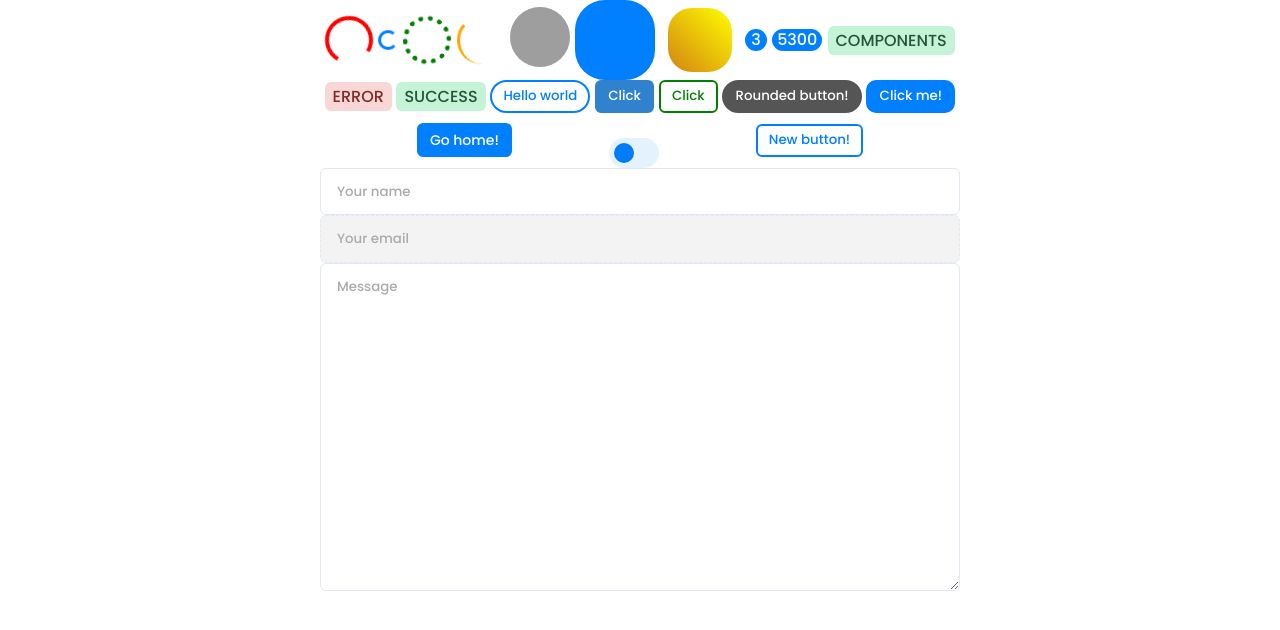
Repository: langf00rd/milky-ui
Page: / (app in example/)
An editor plug-in stored every save of this project. The page is shown before and after the next save, followed by the edit.
The browser window is 1280 px wide. The pictures show the whole page.
Pictures or frames that could not be fetched are drawn as grey boxes. The project was rebuilt for these pictures with package versions that can differ from the ones it lists, and the page was loaded fresh each time.

Above is the page before, as saved 2022-08-12 13:49:42.

### example/public/index.html
<!DOCTYPE html>
<html lang="en">
  <head>
    <meta charset="utf-8" />
    <link rel="shortcut icon" href="%PUBLIC_URL%/favicon.ico" />
    <meta
      name="viewport"
      content="width=device-width, initial-scale=1, shrink-to-fit=no"
    />
    <meta name="theme-color" content="#000000" />

    <!--
      manifest.json provides metadata used when your web app is added to the
      homescreen on Android. See https://developers.google.com/web/fundamentals/engage-and-retain/web-app-manifest/
    -->
    <link rel="manifest" href="%PUBLIC_URL%/manifest.json" />

    <!--
      Notice the use of %PUBLIC_URL% in the tags above.
      It will be replaced with the URL of the `public` folder during the build.
      Only files inside the `public` folder can be referenced from the HTML.

      Unlike "/favicon.ico" or "favicon.ico", "%PUBLIC_URL%/favicon.ico" will
      work correctly both with client-side routing and a non-root public URL.
      Learn how to configure a non-root public URL by running `npm run build`.
    -->
    <title>milky-ui</title>
  </head>

  <body>
    <noscript>
      You need to enable JavaScript to run this app.
    </noscript>

    <div id="root"></div>

    <!--
      This HTML file is a template.
      If you open it directly in the browser, you will see an empty page.

      You can add webfonts, meta tags, or analytics to this file.
      The build step will place the bundled scripts into the <body> tag.

      To begin the development, run `npm start` or `yarn start`.
      To create a production bundle, use `npm run build` or `yarn build`.
    -->
  </body>
</html>

### example/src/index.css
@import url('https://fonts.googleapis.com/css2?family=Poppins:wght@300;400;500;600&display=swap');

body {
  margin: 0;
  padding: 0;
  font-family: -apple-system, BlinkMacSystemFont, 'Segoe UI', 'Roboto', 'Oxygen',
    'Ubuntu', 'Cantarell', 'Fira Sans', 'Droid Sans', 'Helvetica Neue',
    sans-serif;
  -webkit-font-smoothing: antialiased;
  -moz-osx-font-smoothing: grayscale;
}

* {
  font-family: 'Poppins', sans-serif;
  font-weight: 500;
}

code {
  font-family: source-code-pro, Menlo, Monaco, Consolas, 'Courier New',
    monospace;
}

main {
  display: flex;
  align-items: center;
  flex-wrap: wrap;
  justify-content: space-evenly;
  /*height: 20vh;*/
  width: 50vw;
  margin: auto;
  /*margin-top: 100px;*/
}

input {
  /*margin: 20px;*/
}

### example/src/App.js
import React from "react";
import { useState } from "react";
import { Avatar, Label,Spinner, Meta, Badge, Switch, Button, Input, OutlineButton } from "milky-ui";

const App = () => {
  const [isSwitched, setIsSwitched] = useState(false);

  const buttonClick=()=>{
    alert("Yay! button clicked")
  }

  return (
    <main>
      <Meta
        title="Milky UI Components"
        description="Random description"
        twitterDescription="Twitter description"
        image="https://blog.urbanpiper.com/content/images/2021/06/logo-react.png"
      />
      <Spinner speed={'.5s'} thickness={'4px'} color={'red'} />
      <Spinner thickness={'3px'} size={'20px'} />
      <Spinner color={'green'} variant={1} />
      <Spinner color={'orange'} variant={2} />
      <Avatar src="https://blog.urbanpiper.com/content/images/2021/06/logo-react.png" />
      <Avatar isEmpty={true} radius="30px" bg="#007fff" size="80px" />
      <Avatar isEmpty={true} custom={"transform: scale(.8)"} radius="30px" bg="linear-gradient(45deg, #D38312, yellow)"
              size="80px" />
      <Badge label="3" />
      <Badge label="5300" />
      <Label color='red' text='COMPONENTS' type='success' />
      <Label type='error' text='ERROR' />
      <Label type='success' text='SUCCESS' />
      <OutlineButton label={"Hello world"} radius={"1000px"} hoverColor={"red"} />
      <Button bg='#3182ce' label='Click'/>
      <OutlineButton color='green' label='Click'/>
      <Button hoverBg={"green"} radius="9999px" label="Rounded button!" bg={"#555"} />
      <Button radius={"10px"} action={buttonClick} label="Click me!" />
      <Button to={"/home"} label={"Go home!"} />
      <Switch onChange={() => {
        setIsSwitched(!isSwitched);
      }} value={isSwitched} />
      <OutlineButton action={buttonClick} label="New button!" />
      <Input placeholder="Your name" />
      <Input borderStyle='dashed' disabled placeholder="Your email" />
      <Input isMultiline={true} height="300px" resize="vertical" placeholder="Message" />
    </main>
  );
};

export default App;

### src/index.js
export { OutlineButton } from './components/buttons/OutlineButton'
export { Button } from './components/buttons/Button'
export { Input } from './components/inputs/Input'
export { Spinner } from './components/Spinner'
export { Switch } from './components/Switch'
export { Avatar } from './components/Avatar'
export { Badge } from './components/Badge'
export { Label } from './components/Label'
export { Meta } from './components/Meta'

### src/components/buttons/OutlineButton/index.js
import React from 'react'
import { StyledOutlinedButton } from './styles'

export const OutlineButton = ({
  height = '',
  width = '',
  radius = '',
  color = '',
  hoverColor = '',
  label = '',
  action = () => {},
  custom
}) => {
  return (
    <StyledOutlinedButton
      height={height}
      width={width}
      hoverColor={hoverColor}
      radius={radius}
      color={color}
      onClick={action}
      custom={custom}
    >
      {label}
    </StyledOutlinedButton>
  )
}

### src/components/buttons/Button/index.js
import React from 'react'
import { StyledMButton, StyledMLinkButton } from './styles'

const LinkButton = ({ props }) => {
  const {
    bg,
    to,
    radius,
    label,
    height,
    width,
    borderColor,
    textColor,
    hoverTextColor,
    hoverBg,
    action,
    custom
  } = props
  return (
    <StyledMLinkButton
      bg={bg}
      href={to}
      radius={radius}
      height={height}
      width={width}
      borderColor={borderColor}
      textColor={textColor}
      hoverTextColor={hoverTextColor}
      hoverBg={hoverBg}
      onClick={action}
      custom={custom}
    >
      {label}
    </StyledMLinkButton>
  )
}

/***/

const DefaultButton = ({ props }) => {
  const {
    bg,
    radius,
    label,
    height,
    width,
    borderColor,
    textColor,
    hoverTextColor,
    hoverBg,
    action,
    custom
  } = props
  return (
    <StyledMButton
      bg={bg}
      radius={radius}
      height={height}
      width={width}
      borderColor={borderColor}
      textColor={textColor}
      hoverTextColor={hoverTextColor}
      hoverBg={hoverBg}
      onClick={action}
      custom={custom}
    >
      {label}
    </StyledMButton>
  )
}

export const Button = (props) => {
  const { to } = props
  if (to) return <LinkButton props={props} />
  return <DefaultButton props={props} />
}

### src/components/inputs/Input/index.js
import React from 'react'
import { StyledInput, StyledMultilineInput } from './styles'

export const Input = ({
  disabled = false,
  height = '',
  resize = '',
  padding = '',
  isMultiline = false,
  onChange = () => {},
  value,
  focusBg = '',
  focusBorderColor = '',
  width = '',
  radius = '',
  placeholder = '',
  borderStyle = '',
  placeholderColor = '',
  borderColor = '',
  bg = '',
  borderWidth = '',
  custom
}) => {
  if (isMultiline)
    return (
      <StyledMultilineInput
        focusBorderColor={focusBorderColor}
        placeholder={placeholder}
        onChange={onChange}
        disabled={disabled}
        custom={custom}
        focusBg={focusBg}
        padding={padding}
        borderWidth={borderWidth}
        resize={resize}
        radius={radius}
        height={height}
        value={value}
        borderStyle={borderStyle}
        placeholderColor={placeholderColor}
        borderColor={borderColor}
        width={width}
        bg={bg}
      />
    )

  return (
    <StyledInput
      focusBorderColor={focusBorderColor}
      placeholder={placeholder}
      onChange={onChange}
      disabled={disabled}
      focusBg={focusBg}
      padding={padding}
      borderWidth={borderWidth}
      radius={radius}
      borderStyle={borderStyle}
      placeholderColor={placeholderColor}
      borderColor={borderColor}
      value={value}
      width={width}
      bg={bg}
    />
  )
}

### src/components/Spinner/index.js
import React from 'react'
import { StyledSpinner, StyledSpinner1, StyledSpinner2 } from './styles'

export const Spinner = (props) => {
  const { size, color, variant, thickness, speed } = props
  if (variant === 1)
    return (
      <StyledSpinner1
        thickness={thickness}
        speed={speed}
        size={size}
        color={color}
      />
    )
  if (variant === 2)
    return (
      <StyledSpinner2
        thickness={thickness}
        speed={speed}
        size={size}
        color={color}
      />
    )
  return (
    <StyledSpinner
      thickness={thickness}
      speed={speed}
      size={size}
      color={color}
    />
  )
}

### src/components/Switch/index.js
import React from 'react'
import { StyledLabel, StyledSwitch } from './style'

export const Switch = ({
  value = false,
  onChange = () => {},
  thumbColor = '',
  activeColor = '',
  inactiveColor = ''
}) => {
  return (
    <span>
      <StyledSwitch
        activeColor={activeColor}
        checked={value}
        onChange={onChange}
        type='checkbox'
        id='switch'
      />
      <StyledLabel
        thumbColor={thumbColor}
        inactiveColor={inactiveColor}
        htmlFor='switch'
      />
    </span>
  )
}

### src/components/Avatar/index.js
import React from 'react'
import { StyledAvatar, StyledAvatarWrapper, StyledEmptyAvatar } from './styles'

export const Avatar = ({
  action = () => {},
  alt = '',
  bg = '',
  isEmpty = false,
  fit = '',
  size = '',
  src = '',
  radius = '',
  custom
}) => {
  if (isEmpty)
    return (
      <StyledAvatarWrapper>
        <StyledEmptyAvatar
          fit={fit}
          bg={bg}
          custom={custom}
          size={size}
          radius={radius}
          src={src}
          onClick={action}
          isEmpty={isEmpty}
        />
      </StyledAvatarWrapper>
    )

  return (
    <StyledAvatarWrapper>
      <StyledAvatar
        fit={fit}
        bg={bg}
        custom={custom}
        size={size}
        radius={radius}
        src={src}
        alt={alt}
        onClick={action}
        isEmpty={isEmpty}
      />
    </StyledAvatarWrapper>
  )
}

### src/components/Badge/index.js
import React from 'react'
import { StyledBadge } from './styles'

export const Badge = ({
  label = '',
  bg = '',
  size = '',
  textColor = '',
  radius = '',
  fontSize = '',
  custom
}) => {
  return (
    <StyledBadge
      bg={bg}
      textColor={textColor}
      radius={radius}
      fontSize={fontSize}
      size={size}
      custom={custom}
    >
      {label}
    </StyledBadge>
  )
}

### src/components/Label/index.js
import React from 'react'
import { StyledErrorLabel, StyledLabel, StyledSucessLabel } from './styles'

export const Label = (props) => {
  const { text, color, bg, type } = props
  if (type === 'success') return <StyledSucessLabel>{text}</StyledSucessLabel>
  if (type === 'error') return <StyledErrorLabel>{text}</StyledErrorLabel>
  return (
    <StyledLabel color={color} bg={bg}>
      {text}
    </StyledLabel>
  )
}

### src/components/buttons/OutlineButton/styles.js
import styledComponents from 'styled-components'
import { constStyles } from '../../../constants/styles.const'

export const StyledOutlinedButton = styledComponents.button`
    // padding: .7rem 1.3rem;
    // height: ${(p) => (p.height ? p.height : '')};
    // width: ${(p) => (p.width ? p.width : 'max-content')};
    // border: 2.3px solid ${(p) => (p.color ? p.color : '#007fff')};
    // cursor: pointer;
    // border-radius: ${(p) => (p.radius ? p.radius : '10px')};
    // background: transparent;
    // color: ${(p) => (p.color ? p.color : '#007fff')};
    // transition: 0.1s linear;
    // display:flex;
    // align-items:center;
    // justify-content:center;
    // user-select: none;

    border-radius: ${(p) => (p.radius ? p.radius : constStyles.radius)};
    border: 2.3px solid ${(p) => (p.color ? p.color : '#007fff')};
    width: ${(p) => (p.width ? p.width : 'max-content')};
    color: ${(p) => (p.color ? p.color : '#007fff')};
    height: ${(p) => (p.height ? p.height : '')};
    cursor: pointer;
    background: transparent;
    transition: 0.1s linear;
    align-items:center;
    justify-content:center;
    user-select: none;
    display: inline-flex;
    -webkit-box-align: center;
    white-space: nowrap;
    vertical-align: middle;
    line-height: 1.2;
    padding: 0.4rem 0.7rem;

    &:hover  {
        color: ${(p) => (p.hoverColor ? p.hoverColor : p.hoverColor)};
        border-color: ${(p) => (p.hoverColor ? p.hoverColor : p.hoverColor)};
    }

    &:active {
        box-shadow: rgb(38 57 77) 0px 6px 21px -11px;
        transform: scale(0.9);
    }

    ${(p) => (p.custom ? p.custom : null)};
`

### src/components/buttons/Button/styles.js
import styledComponents from 'styled-components'
import { constStyles } from '../../../constants/styles.const'

export const StyledMButton = styledComponents.button`
    border-radius: ${(p) => (p.radius ? p.radius : constStyles.radius)};
    border: 2.3px solid ${(p) => (p.bg ? p.bg : '#007fff')};
    color: ${(p) => (p.textColor ? p.textColor : '#fff')};
    width: ${(p) => (p.width ? p.width : 'max-content')};
    background: ${(p) => (p.bg ? p.bg : '#007fff')};
    height: ${(p) => (p.height ? p.height : '')};
    cursor: pointer;
    transition: 0.1s linear;
    align-items:center;
    justify-content:center;
    user-select: none;
    display: inline-flex;
    -webkit-box-align: center;
    white-space: nowrap;
    vertical-align: middle;
    line-height: 1.2;
    padding: 0.4rem 0.7rem;

    &:hover {
        color: ${(p) => (p.hoverTextColor ? p.hoverTextColor : p.textColor)};
        border-color: ${(p) => (p.hoverBg ? p.hoverBg : p.hoverBg)};
        background: ${(p) => (p.hoverBg ? p.hoverBg : p.bg)};
    }

    &:active {
        transform: scale(0.9);
        box-shadow: rgb(38 57 77) 0px 6px 21px -11px;
    }

    ${(p) => (p.custom ? p.custom : null)};
`

/***/

export const StyledMLinkButton = styledComponents.a`
    height: ${(p) => (p.height ? p.height : '')};
    width: ${(p) => (p.width ? p.width : 'max-content')};
    border: 2.3px solid ${(p) => (p.bg ? p.bg : '#007fff')};
    cursor: pointer;
    border-radius: ${(p) => (p.radius ? p.radius : constStyles.radius)};
    background: ${(p) => (p.bg ? p.bg : '#007fff')};
    color: ${(p) => (p.textColor ? p.textColor : '#fff')};
    transition: 0.1s linear;
    align-items:center;
    justify-content:center;
    user-select: none;
    display: inline-flex;
    -webkit-box-align: center;
    white-space: nowrap;
    vertical-align: middle;
    line-height: 1.2;
    padding: 0.4rem 0.7rem;
    text-decoration: none;
    font-size: 14px;

    &:hover,
    &:active {
        color: ${(p) => (p.bg ? p.bg : p.textColor)};
        background: ${(p) => (p.hoverBg ? p.hoverBg : p.bg)};
        border-color: ${(p) => (p.hoverBg ? p.hoverBg : p.hoverBg)};
    }

    &:active {
        transform: scale(0.9);
        box-shadow: rgb(38 57 77) 0px 6px 21px -11px;
    }

    ${(p) => (p.custom ? p.custom : null)};
`

### src/components/inputs/Input/styles.js
import styledComponents from 'styled-components'
import { colors } from '../../../constants/colors.const'
import { constStyles } from '../../../constants/styles.const'

export const StyledInput = styledComponents.input`
    border-color: ${(p) =>
      p.borderColor ? p.borderColor : colors.borderColor};
    border-width: ${(p) => (p.borderWidth ? p.borderWidth : '1px')};
    border-radius: ${(p) => (p.radius ? p.radius : constStyles.radius)};
    border-style: ${(p) => (p.borderStyle ? p.borderStyle : 'solid')};
    padding: 0.8rem 1rem;
    background: ${(p) => (p.bg ? p.bg : '#fff')};
    width: ${(p) => (p.width ? p.width : '100%')};
    outline-color: ${(p) =>
      p.focusBorderColor ? p.focusBorderColor : colors.inputOutlineColor};

    &:focus {
      box-shadow: 0 0 10px 0px ${colors.shadowColor};
      background: ${(p) => (p.focusBg ? p.focusBg : '#fff')};
    }

    &:disabled {
        background: ${colors.disabledInputColor};
    }

    &::placeholder {
      color: ${(p) =>
        p.placeholderColor ? p.placeholderColor : colors.placeholderColor}
    }

    ${(p) => (p.custom ? p.custom : null)};
`

export const StyledMultilineInput = styledComponents.textarea`
    outline-color: ${(p) =>
      p.focusBorderColor ? p.focusBorderColor : colors.inputOutlineColor};
    height: ${(p) => (p.height ? p.height : '')};
    resize ${(p) => (p.resize ? p.resize : 'none')};
    border-color: ${(p) =>
      p.borderColor ? p.borderColor : colors.borderColor};
      border-width: ${(p) => (p.borderWidth ? p.borderWidth : '1px')};
    border-radius: ${(p) => (p.radius ? p.radius : constStyles.radius)};
    border-style: ${(p) => (p.borderStyle ? p.borderStyle : 'solid')};
    background: ${(p) => (p.bg ? p.bg : '#fff')};
    width: ${(p) => (p.width ? p.width : '100%')};
    font-family: inherit;
    padding: 0.8rem 1rem;
    text-align: left;

    &:focus {
      background: ${(p) => (p.focusBg ? p.focusBg : '#fff')};
      box-shadow: 0 0 10px 0px ${colors.shadowColor};
    }

    &:disabled {
        background: ${colors.disabledInputColor};
    }

    &::placeholder {
      color: ${(p) =>
        p.placeholderColor ? p.placeholderColor : colors.placeholderColor}
    }

    ${(p) => (p.custom ? p.custom : null)};
`

### src/components/Spinner/styles.js
import styledComponents from 'styled-components'
import { colors } from '../../constants/colors.const'

export const StyledSpinner = styledComponents.div`
  width: ${(p) => (p.size ? p.size : '48px')};
  height: ${(p) => (p.size ? p.size : '48px')};
  border: ${(p) => (p.thickness ? p.thickness : '4px')} solid ${(p) =>
  p.color ? p.color : colors.primary};
  border-bottom-color: transparent;
  border-radius: 50%;
  display: inline-block;
  box-sizing: border-box;
  animation: rotation  ${(p) => (p.speed ? p.speed : '2s')} linear infinite;

  @keyframes rotation {
  0% { transform: rotate(0deg); }
  100% { transform: rotate(360deg); }
`

/***/

export const StyledSpinner1 = styledComponents.div`
  width: ${(p) => (p.size ? p.size : '48px')};
  height: ${(p) => (p.size ? p.size : '48px')};
  border: 5px dotted ${(p) => (p.color ? p.color : colors.primary)};
  border-radius: 50%;
  display: inline-block;
  position: relative;
  box-sizing: border-box;
  animation: rotation ${(p) => (p.speed ? p.speed : '2s')} linear infinite;

  @keyframes rotation {
  0% {
    transform: rotate(0deg);
  }
  100% {
    transform: rotate(360deg);
  }
}
`

/***/

export const StyledSpinner2 = styledComponents.div`
  width: ${(p) => (p.size ? p.size : '48px')};
  height: ${(p) => (p.size ? p.size : '48px')};
  border-radius: 50%;
  display: inline-block;
  border-top: ${(p) => (p.thickness ? p.thickness : '3px')} solid ${(p) =>
  p.color ? p.color : colors.primary};
  border-right: 3px solid transparent;
  box-sizing: border-box;
  animation: rotation  ${(p) => (p.speed ? p.speed : '2s')} linear infinite;

  @keyframes rotation {
  0% {
    transform: rotate(0deg);
  }
  100% {
    transform: rotate(360deg);
  }
}
`

### src/components/Switch/style.js
import styledComponents from 'styled-components'

export const StyledSwitch = styledComponents.input`
    height: 0;
    width: 0;
    visibility: hidden;

    &:checked+label:after {
        left: calc(100% - 5px);
        transform: translateX(-100%);
    }

    &:checked+label {
        background: ${(p) => (p.activeColor ? p.activeColor : '#2195f351')};
    }
`

export const StyledLabel = styledComponents.label`
    cursor: pointer;
    text-indent: -9999px;
    width: 50px;
    height: 30px;
    display: block;
    border-radius: 100px;
    position: relative;
    background: ${(p) => (p.inactiveColor ? p.inactiveColor : '#2196f31f')};

    &:after {
        content: '';
        position: absolute;
        top: 5px;
        left: 5px;
        width: 20px;
        height: 20px;
        background: ${(p) => (p.thumbColor ? p.thumbColor : '#017cf9')};
        border-radius: 90px;
        transition: 0.3s;
    }
    // stretchy bouncy effect on click
    // &:active:after {
    //     width: 30px;
    // }
`

### src/components/Avatar/styles.js
import styledComponents from 'styled-components'

export const StyledAvatar = styledComponents.img`
    border-radius: ${(p) => (p.radius ? p.radius : '9999px')};
    background: ${(p) => (p.bg ? p.bg : '#f1f1f1')};
    object-fit: ${(p) => (p.fit ? p.fit : 'cover')};
    height: ${(p) => (p.size ? p.size : '60px')};
    width: ${(p) => (p.size ? p.size : '60px')};
    ${(p) => (p.custom ? p.custom : null)};
`

export const StyledEmptyAvatar = styledComponents.div`
    border-radius: ${(p) => (p.radius ? p.radius : '9999px')};
    background: ${(p) => (p.bg ? p.bg : '#f1f1f1')};
    object-fit: ${(p) => (p.fit ? p.fit : 'cover')};
    height: ${(p) => (p.size ? p.size : '60px')};
    width: ${(p) => (p.size ? p.size : '60px')};
    ${(p) => (p.custom ? p.custom : null)};
`

export const StyledAvatarWrapper = styledComponents.div`
    width: max-content;
`

### src/components/Badge/styles.js
import styledComponents from 'styled-components'

export const StyledBadge = styledComponents.div`
  font-size: ${(p) => (p.fontSize ? p.fontSize : 'inherit')};
  border-radius: ${(p) => (p.radius ? p.radius : '500px')};
  color: ${(p) => (p.textColor ? p.textColor : '#fff')};
  min-width: ${(p) => (p.size ? p.size : '22px')};
  background: ${(p) => (p.bg ? p.bg : '#007fff')};
  height: ${(p) => (p.size ? p.size : '22px')};
  box-sizing: border-box;
  padding: 0 5px;
  vertical-align: middle;
  display: inline-flex;
  justify-content: center;
  align-items: center;
  line-height: 0;
  ${(p) => (p.custom ? p.custom : null)};
`

### src/components/Label/styles.js
import styledComponents from 'styled-components'
import { colors } from '../../constants/colors.const'
import { constStyles } from '../../constants/styles.const'

export const StyledLabel = styledComponents.div`
    background: ${(p) => (p.bg ? p.bg : colors.primary)};
    border-radius: ${constStyles.radius};
    color: ${(p) => (p.color ? p.color : '#fff')};
    padding: 2px 8px;
`

/***/

export const StyledSucessLabel = styledComponents.div`
background: ${colors.sucess};
border-radius: ${constStyles.radius};
color: ${colors.successTextColor};
padding: 2px 8px;
`

/***/

export const StyledErrorLabel = styledComponents.div`
background: ${colors.error};
border-radius: ${constStyles.radius};
color: ${colors.errorTextColor};
padding: 2px 8px;
`

### src/constants/meta.const.js
export const META_CONTENT = {
  robots: 'follow, index',
  description: '',
  site_name: '',
  image_alt: '',
  image: '',
  title: '',
  url: '',

  /* Twitter meta data */
  twitter_card: 'summary_large_image',
  twitter_description: '',
  twitter_image_alt: '',
  twitter_creator: '',
  twitter_domain: '',
  twitter_title: '',
  twitter_image: '',
  twitter_url: '',

  /* Open Graph / Facebook data */
  og_description: '',
  og_image_alt: '',
  og_site_name: '',
  og_title: '',
  og_image: '',
  og_type: '',
  og_url: ''
}

### src/constants/styles.const.js
export const constStyles = {
  radius: '0.375rem'
}

### src/constants/colors.const.js
export const colors = {
  primary: '#007fff',
  secondary: '',
  accent: '',
  inputOutlineColor: '#007fff55',
  inputBorderColor: '#e1e1e1',
  shadowColor: '#b3b3b340',
  disabledInputColor: '#f1f1f1cc',
  placeholderColor: '#aaa',
  borderColor: '#E2E8F0',
  sucess: '#C5F3D5',
  error: '#F9D7D6',
  successTextColor: '#25543D',
  errorTextColor: '#822B27'
}

Loaded but not shown: example/src/index.js (common file); src/components/Meta/index.js (63 lines, source omitted)

After the next save:
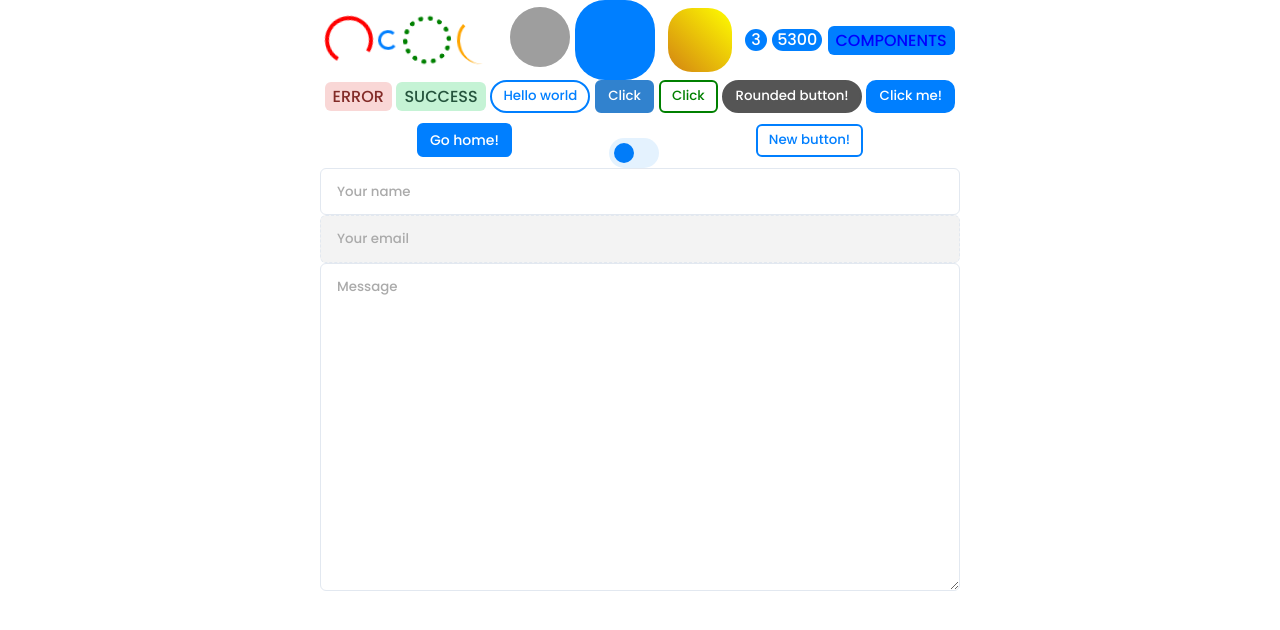
Saved 22 s later.
--- a/example/src/App.js
+++ b/example/src/App.js
@@ -27,7 +27,7 @@ const App = () => {
               size="80px" />
       <Badge label="3" />
       <Badge label="5300" />
-      <Label color='red' text='COMPONENTS' type='success' />
+      <Label color='blue' text='COMPONENTS' />
       <Label type='error' text='ERROR' />
       <Label type='success' text='SUCCESS' />
       <OutlineButton label={"Hello world"} radius={"1000px"} hoverColor={"red"} />
